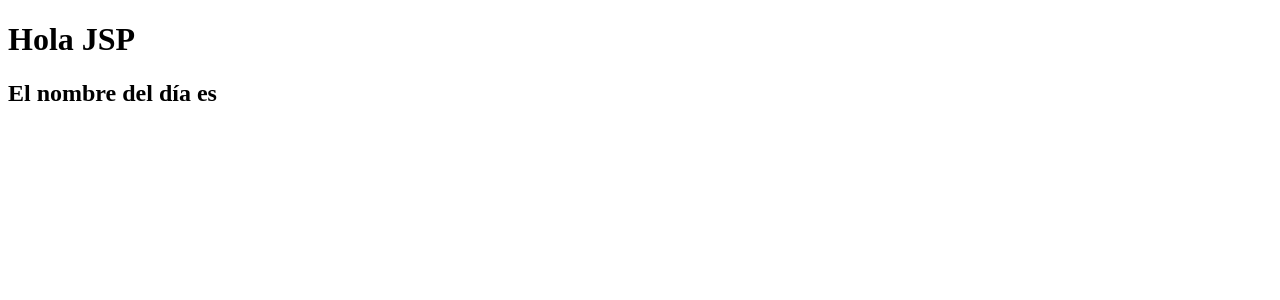
Repository: viorelrosu/spring
Page: http://localhost/Clase/HolaJsp
The author's editor kept a copy of each file at every save. The page is drawn from the files as they stood at one save, then again after the next save.
The browser window is 1280 px wide. The pictures show the whole page.
The page is served by Tomcat 9.

Above is the page before, as saved 2021-01-20 12:18:42.

After the next save:
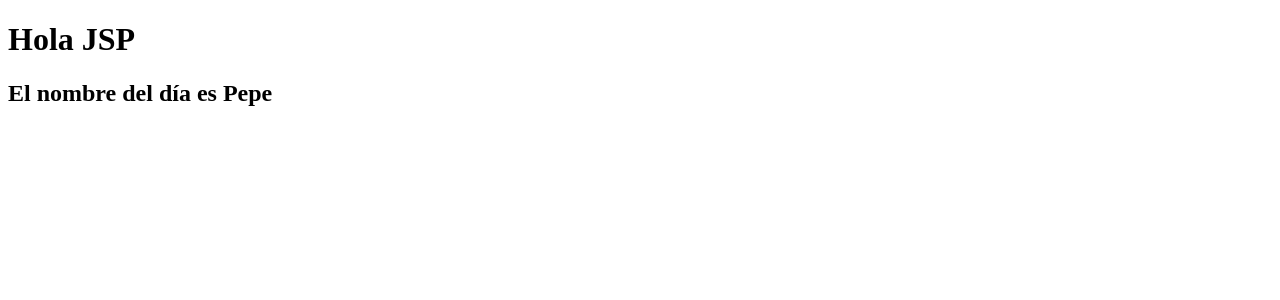
Saved 75 s later.
--- a/Clase/WebContent/jsp/Hola.jsp
+++ b/Clase/WebContent/jsp/Hola.jsp
@@ -10,6 +10,6 @@
 </head>
 <body>
 	<h1>Hola JSP</h1>
-	<h2>El nombre del día es ${nombre}</h2>
+	<h2>El nombre del día es ${persona.nombre}</h2>
 </body>
 </html>
